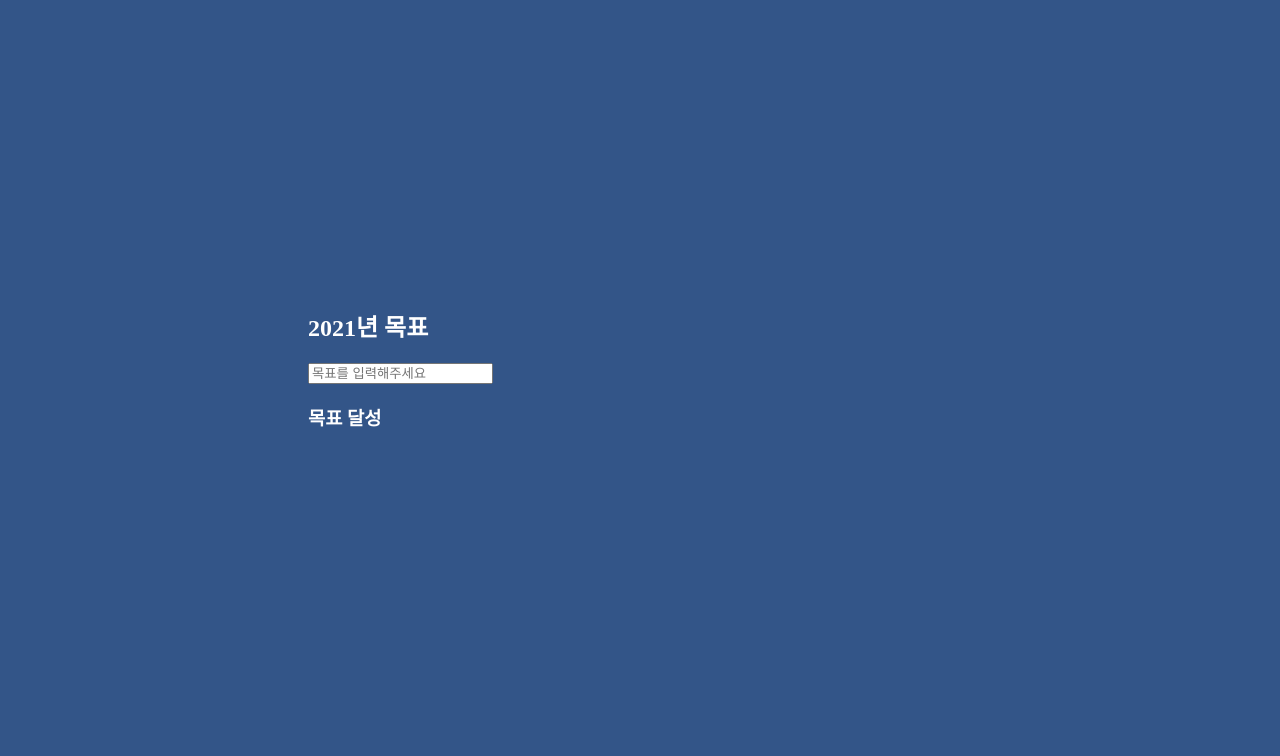
Repository: minsuk1/portfolio
Page: a.html
An editor plug-in stored every save of this project. The page is shown before and after the next save, followed by the edit.
The browser window is 1280 px wide. The pictures show the whole page.
Some web libraries are served in a nearby version.

Above is the page before, as saved 2021-01-02 14:05:56.

### a.html
<html>
    <head>
        <style>
            body { background: #358; color: #fff; padding: 300px;  }


            section {
                width: 800px;
                margin: 0px auto;
            }

            .task {
                width: 400px;
            }

            .strikeout {
                text-decoration: line-through;
            }
        </style>
        <script type="text/javascript" src="http://code.jquery.com/jquery-1.11.1.min.js"></script>
    </head>
    <body>

        <section>
            <h1>2021년 목표</h1>

            <form>
                <input type="text" id="task" placeholder="목표를 입력해주세요"/>
            </form>

            <div id="tasks">
            </div>

            <div id="done">
                <h3>목표 달성</h3>

            </div>
        </section>

        <script>


            $('form').on('submit', function(e) {

                e.preventDefault();

                var newtask = $('#task').val();
                $(this).val("");
                var task_elem = $('<div>')
                    .append('<input type="checkbox">')
                    .addClass('task')
                    .append("<span><i class='fas fa-trash'></i></span>")
                    .append(newtask);
                $('#tasks').append(task_elem);


                $.ajax({
                    url: '/',
                    method: 'post',
                    dataType: 'json',
                    data: {
                        task: newtask,
                    },
                    success: function(response) {

                    },
                });

            });

            $('body').on('click', 'input[type="checkbox"]', function() {
                var task = $(this).parents('.task');

                if(task.hasClass('strikeout')) {
                    task.removeClass('strikeout');
                    task.appendTo($('#tasks'));
                } else {
                    //task.append("<button>삭제</button>")
                    task.addClass('strikeout')
                   // task.append("<button><i class='fas fa-trash'></i></button>")

                    task.appendTo($('#done'));

                }
            });

            $('div').on("click", "span", function(event) {
            event.stopPropagation();
            $(this).parent().fadeOut(500, function(){
            $(this).remove();
            });
            });

        </script>
        <script src="https://kit.fontawesome.com/0f77f25011.js"></script>
    </body>
</html>

After the next save:
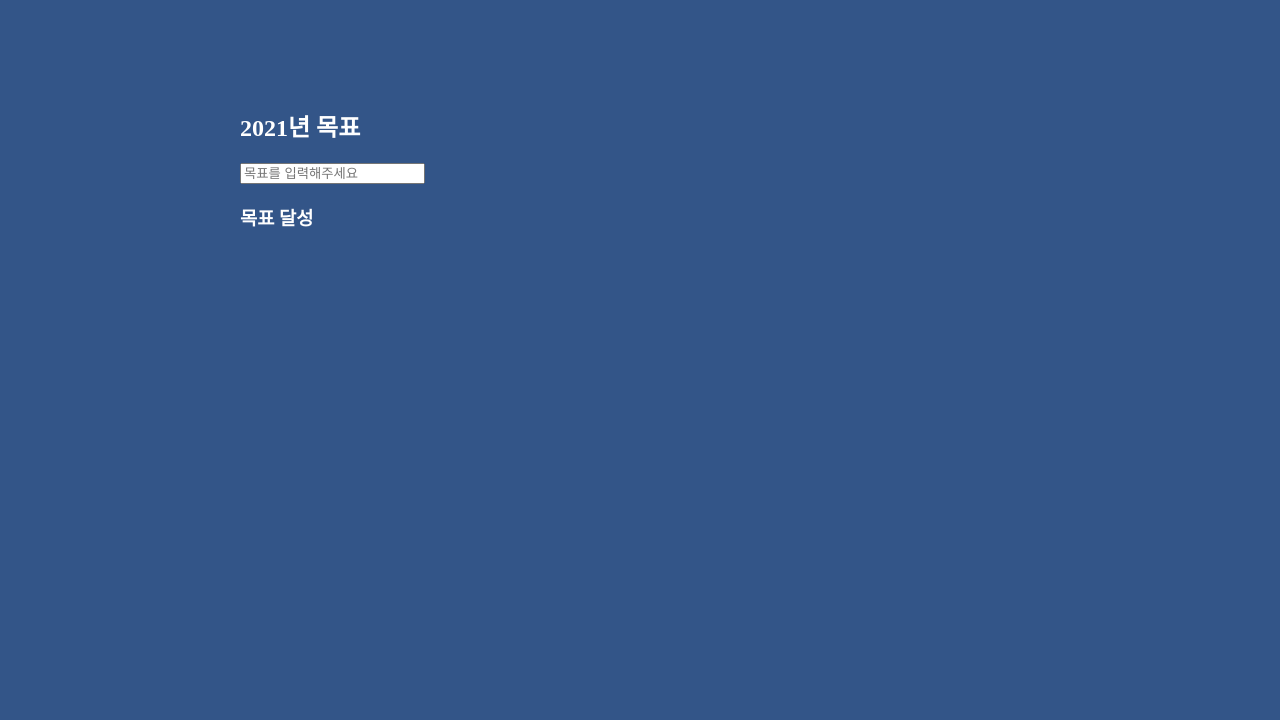
Saved 10 s later.
--- a/a.html
+++ b/a.html
@@ -1,7 +1,7 @@
 <html>
     <head>
         <style>
-            body { background: #358; color: #fff; padding: 300px;  }
+            body { background: #358; color: #fff; padding: 100px;  }
 
 
             section {
